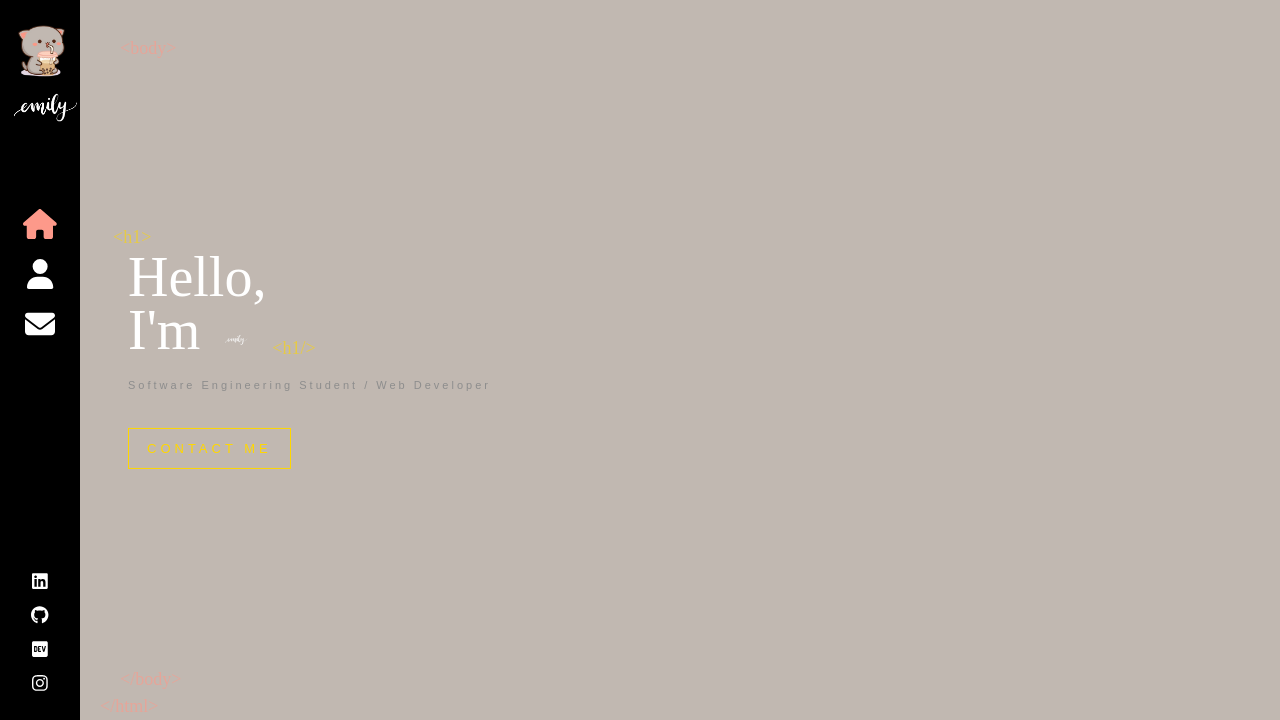
Repository: emilywcai/emilywcai.github.io
Page: / (app in personal-portfolio/)
These files come from the project's save history. The page is drawn as it stood at one moment and after the next save; the edit follows.
The browser window is 1280 px wide. The pictures show the whole page.
The project was rebuilt for these pictures with package versions that can differ from the ones it lists, and the page was loaded fresh each time.

Above is the page before, as saved 2022-08-03 14:14:39.

After the next save:
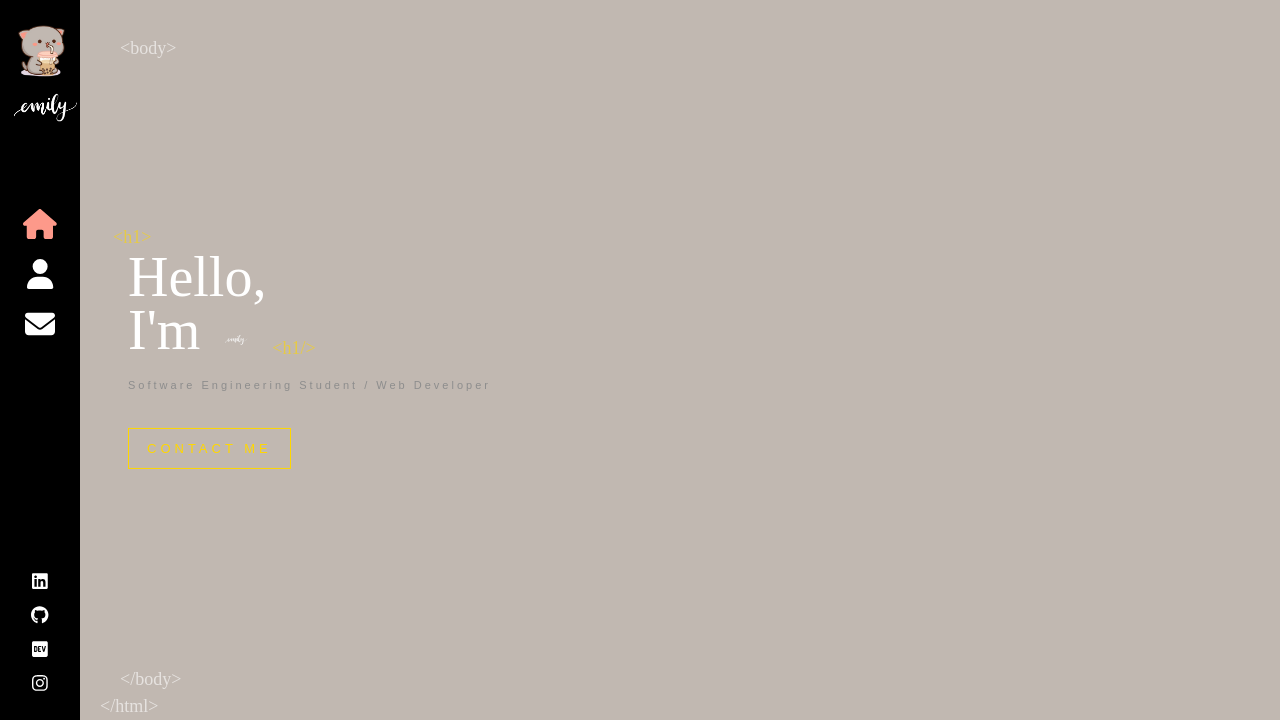
Saved 10 s later.
--- a/personal-portfolio/src/components/Layout/index.scss
+++ b/personal-portfolio/src/components/Layout/index.scss
@@ -10,7 +10,7 @@
 }
 
 .tags {
-  color: #fd998a;
+  color: #fff;
   opacity: 0.6;
   position: absolute;
   bottom: 0;
